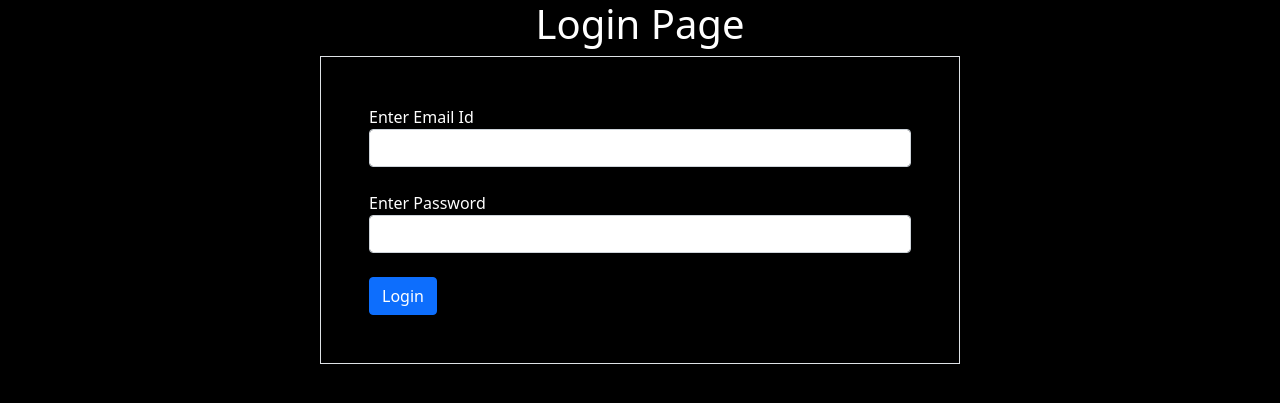
Repository: becoderpavy/servlet_tutorials
Page: 3_RequestDispatch_Example/src/main/webapp/login.html
An editor plug-in stored every save of this project. The page is shown before and after the next save, followed by the edit.
The browser window is 1280 px wide. The pictures show the whole page.

Above is the page before, as saved 2023-06-09 16:45:12.

### 3_RequestDispatch_Example/src/main/webapp/login.html
<!DOCTYPE html>
<html>
<head>
<meta charset="ISO-8859-1">
<title>Insert title here</title>
<link
	href="https://cdn.jsdelivr.net/npm/bootstrap@5.0.2/dist/css/bootstrap.min.css"
	rel="stylesheet"
	integrity="sha384-EVSTQN3/azprG1Anm3QDgpJLIm9Nao0Yz1ztcQTwFspd3yD65VohhpuuCOmLASjC"
	crossorigin="anonymous">
</head>
<body style="background-color: black; color:white;">
	<h1 class="text-center">Login Page</h1>
	<div class=" col-md-6 offset-md-3 border p-5">
		<form>
			<label>Enter Email Id</label>
			<input type="text" name="email" class="form-control">

			<br>

				 <label>Enter Password</label>
				<input type="text" name="password" class="form-control"> <br>

				<button class="btn btn-primary">Login</button>
		</form>

	</div>
</body>
</html>

After the next save:
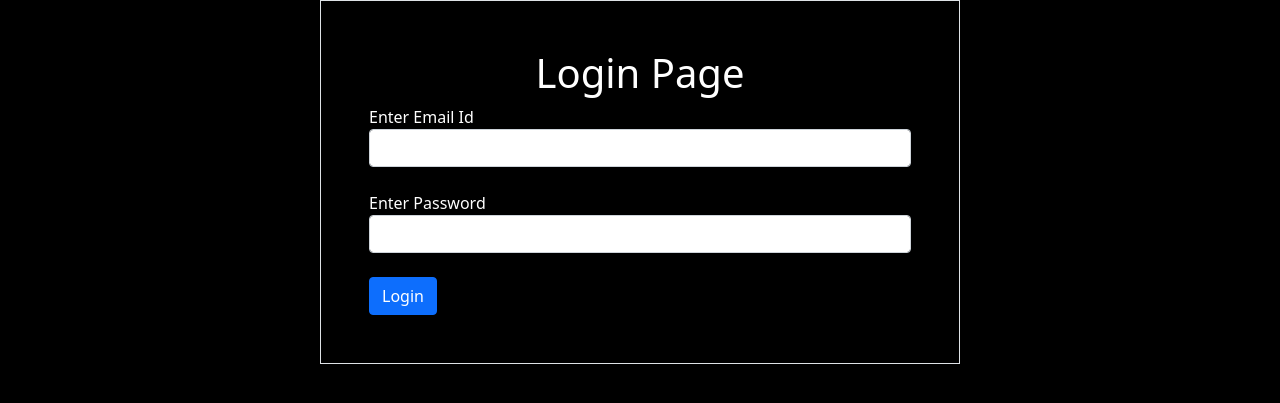
Saved 12 s later.
--- a/3_RequestDispatch_Example/src/main/webapp/login.html
+++ b/3_RequestDispatch_Example/src/main/webapp/login.html
@@ -10,8 +10,9 @@
 	crossorigin="anonymous">
 </head>
 <body style="background-color: black; color:white;">
+
+	<div class=" col-md-6 offset-md-3 border p-5">
 	<h1 class="text-center">Login Page</h1>
-	<div class=" col-md-6 offset-md-3 border p-5">
 		<form>
 			<label>Enter Email Id</label>
 			<input type="text" name="email" class="form-control">
